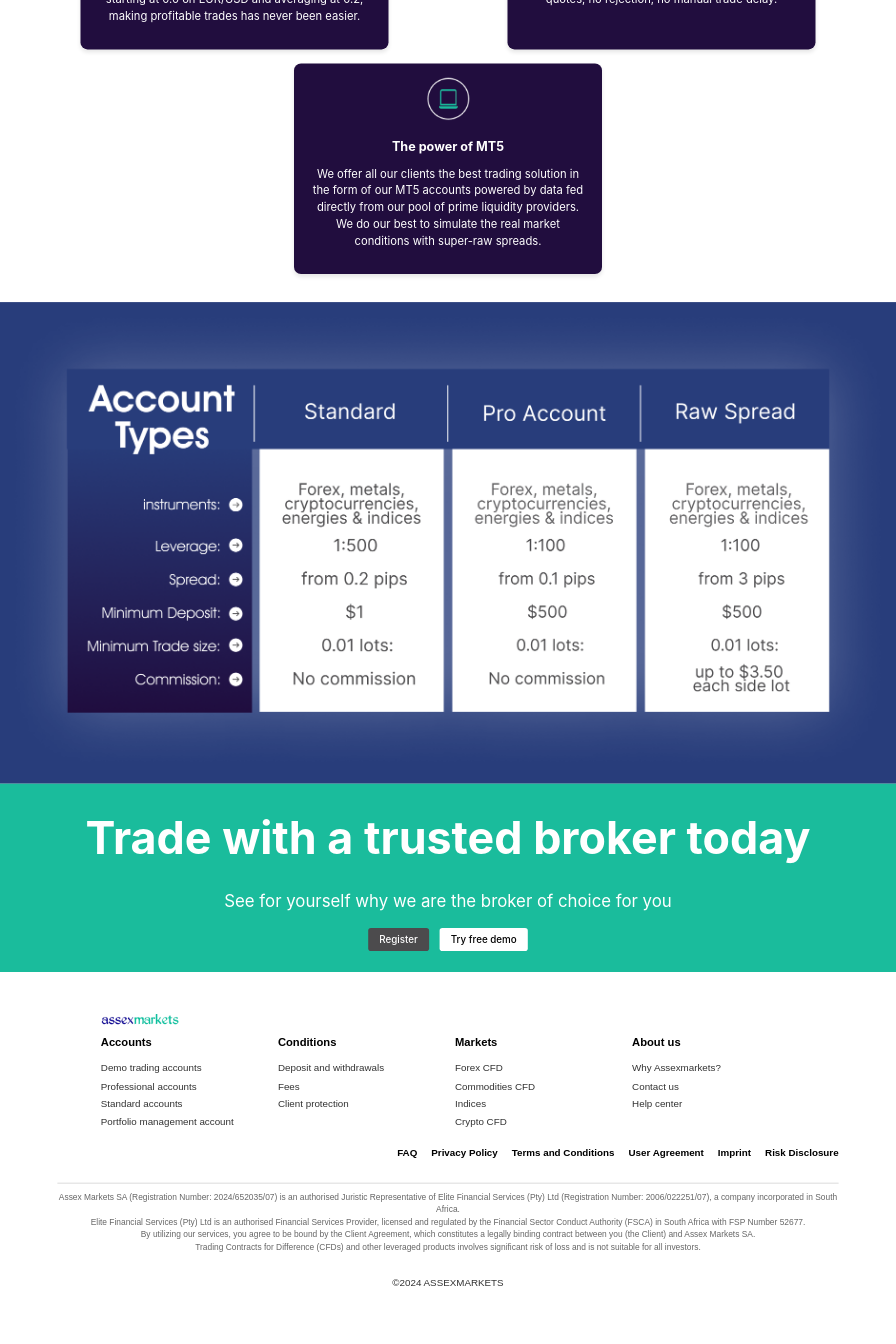
Repository: RevenewMarketing/Assex
Page: /
An editor plug-in stored every save of this project. The page is shown before and after a run of saves, followed by the edit.
The browser window is 1280 px wide. The pictures show the part of the page from y = 2432 to 4352 px (the page is 4352 px tall before and 4339 px after), at 70% of full size.
The project was rebuilt for these pictures with package versions that can differ from the ones it lists, and the page was loaded fresh each time. Also part of the build but not shown: vite.config.ts, src/pages/about/Sections/Section1.module.css, src/pages/about/Sections/Section1.tsx, src/pages/about/Sections/Section2.module.css, src/pages/about/Sections/Section2.tsx, src/pages/about/Sections/Section3.module.css, src/pages/about/Sections/Section3.tsx, src/pages/about/Sections/Section4.module.css and 37 more.

Above is the page before, as saved 2024-11-29 12:57:45.

### index.html
<!doctype html>
<html lang="en">
  <head>
    <meta charset="UTF-8" />
    <link rel="icon" type="image/svg+xml" href="/vite.svg" />
    <meta name="viewport" content="width=device-width, initial-scale=1.0" />
    <title>Assex</title>
  </head>
  <body>
    <div id="root"></div>
    <script type="module" src="/src/main.tsx"></script>
  </body>
</html>

### src/index.css
:root {
  font-family: Inter, system-ui, Avenir, Helvetica, Arial, sans-serif;
  line-height: 1.5;
  font-weight: 400;
  color-scheme: light dark;
  color: rgba(255, 255, 255, 0.87);
  background-color: #ffffff;
  font-synthesis: none;
  max-width: 1920px;
  margin: auto;
  text-rendering: optimizeLegibility;
  -webkit-font-smoothing: antialiased;
  -moz-osx-font-smoothing: grayscale;
  /* Smooth scrolling */
  scroll-behavior: smooth;
}

a {
  font-weight: 500;
  color: #646cff;
  text-decoration: inherit;
}

a:hover {
  color: #535bf2;
}

body {
  margin: 0;
  display: flex;
  place-items: center;
  min-width: 320px;
  min-height: 100vh;
  background-color: #FFF;
  /* align-content: center; */
  flex-direction: column;
  justify-content: flex-start;
}

h1 {
  font-size: 3.2em;
  line-height: 1.1;
}

button {
  border-radius: 8px;
  border: 1px solid transparent;
  padding: 0.6em 1.2em;
  font-size: 1em;
  font-weight: 500;
  font-family: inherit;
  background-color: #1a1a1a;
  cursor: pointer;
  transition: border-color 0.25s;
}

button:hover {
  border-color: #646cff;
}

button:focus,
button:focus-visible {
  outline: 4px auto -webkit-focus-ring-color;
}

@media (prefers-color-scheme: light) {
  :root {
    color: #213547;
    background-color: #ffffff;
  }

  a:hover {
    color: #747bff;
  }

  button {
    background-color: #f9f9f9;
  }
}

### src/App.tsx

import './App.css'
// import Navigation from './pages/home/Navigation'
import NavigationMenu from './components/navigation-menu/NavigationMenu'

import { BrowserRouter, Route, Routes } from 'react-router';
import Home from './pages/home/Home';
import Footer from './components/footer-section/Footer';
import About from './pages/about/About';
import Partner from './pages/partner/Partner';
import AccountTypeCrypto from './pages/account_type_crypto/AccountTypeCrypto';
import Webinar from './pages/web-terminal/Webinar';

function App() {

  return (
    <>
    <BrowserRouter>
    <NavigationMenu />
    <Routes>
      <Route path="/" element={<Home />} />
      <Route path="/about" element={<About />} />
      <Route path="/partner" element={<Partner />} />
      <Route path="/atc" element={<AccountTypeCrypto />} />
      <Route path="/webinar" element={<Webinar />} />
      {/* Define other routes */}
    </Routes>
    <Footer />
  </BrowserRouter>


    </>
  )
}

export default App

### src/App.css
#root {
  max-width: 1920px;
  width: 100%;
  margin: 0 auto;
  padding: 0;
  text-align: center;
}

.logo {
  height: 6em;
  padding: 1.5em;
  will-change: filter;
  transition: filter 300ms;
}
.logo:hover {
  filter: drop-shadow(0 0 2em #646cffaa);
}
.logo.react:hover {
  filter: drop-shadow(0 0 2em #61dafbaa);
}

@keyframes logo-spin {
  from {
    transform: rotate(0deg);
  }
  to {
    transform: rotate(360deg);
  }
}

@media (prefers-reduced-motion: no-preference) {
  a:nth-of-type(2) .logo {
    animation: logo-spin infinite 20s linear;
  }
}

.card {
  padding: 2em;
}

.read-the-docs {
  color: #888;
}

/* Auth Buttons */
.authButtons {
  /* margin-left: auto; */
  display: flex;
  gap: 10px;
}

### src/pages/home/Home.tsx
import HeroSection from './sections/HeroSection'
import Section2 from './sections/Section2'
import Section3 from './sections/Section3'
import Section4 from './sections/Section4'
import Section5 from './sections/Section5'
import Section6 from './sections/Section6'

function Home() {
  return (
    <div>
      <HeroSection />
      <Section2 />
      <Section3 />
      <Section4 />
      <Section5 />
      <Section6 />
    </div>
  )
}

export default Home

### src/components/navigation-menu/NavigationMenu.module.css
.navigationContainer {
  position: relative;
  font-family: Arial, sans-serif;
}

/* Navigation Bar */
.navigationBar {
  position: fixed;
  top: 0;
  left: 0;
  width: 100%;
  display: flex;
  background-color: #ffffff;
  padding: 10px 20px;
  box-sizing: border-box;
  z-index: 1001;
  justify-content: center;
  align-items: center;
}

/* Menu Item Container */
.menuItemContainer {
  margin-right: 20px;
}

/* Menu Items */
.menuItem {
  background: none;
  border: none;
  color: rgb(34, 34, 34);
  font-size: 1.2rem;
  cursor: pointer;
  transition: opacity 0.3s;
}

.menuItem:hover {
  opacity: 0.7;
}

.active {
  opacity: 0.5;
}

.navLogo {
  margin-right: 5dvw;
}

.languageSelector {
  margin-left: 20px;
  display: flex;
  align-items: center;
  font-size: 14px;
  color: #000000d8;
  cursor: pointer;
}

.globeIcon {
  margin-right: 5px;

}

/* Submenu */
.submenu {
  position: fixed;
  top: 50px;
  left: 0;
  width: 100%;
  height: 300px;
  background-color: #ffffff;
  box-shadow: 0 4px 8px rgba(0, 0, 0, 0.2);
  padding: 20px;
  box-sizing: border-box;
  z-index: 1000;
  opacity: 0;
  transform: translateY(-100%);
}

.submenuContent {
  display: flex
  ;
      justify-content: flex-start;
      gap: 10dvw;
      padding: 0 5dvw;
}

.submenuSection h4 {
  color: #00b074;
  font-size: 1.2rem;
}

.submenuSection p {
  font-size: 1.2rem;
}

.submenuSection {
  text-align: left;
}

.submenuSection a {
  color: #000000;
  text-decoration: none;
  cursor: pointer;
  transition: color 0.3s;
}

.submenuSection a:hover {
  color: #00b074;
  transition: color 0.3s;
}

/* Fade In Animation */
.fadeIn {
  animation: slide-in-top 0.3s cubic-bezier(0.25, 0.46, 0.45, 0.94) forwards;
}

@keyframes slide-in-top {
  0% {
    transform: translateY(-100%);
    opacity: 0;
  }
  100% {
    transform: translateY(0);
    opacity: 1;
  }
}

/* Fade Out Animation */
.fadeOut {
  animation: slide-out-top 0.3s cubic-bezier(0.25, 0.46, 0.45, 0.94) forwards;
}

@keyframes slide-out-top {
  0% {
    transform: translateY(0);
    opacity: 1;
  }
  100% {
    transform: translateY(-100%);
    opacity: 0;
  }
}





/* Overlay */
.overlay {
  position: fixed;
  top: 50px;
  left: 0;
  width: 100%;
  height: calc(100% - 50px);
  background: rgba(0, 0, 0, 0.5);
  z-index: 999;
  opacity: 0;
  visibility: hidden;
  transition: opacity 0.3s ease, visibility 0.3s ease;
}

.fadeInOverlay {
  opacity: 1;
  visibility: visible;
  backdrop-filter: blur(5px);
}

.fadeOutOverlay {
  opacity: 0;
  visibility: hidden;
}

/* Page Content */
.pageContent {
  /* padding: 80px 20px 20px 20px; */
  transition: opacity 0.3s;
}

.dimmed {
  opacity: 0.3;
}

### src/components/ReusableButton.tsx

import styles from './GlobalComponentStyles.module.css';

type Props = {
  link?: string;
  text: string;
  type: 'register' | 'sign-in' | 'logout' | 'profile' | 'settings' | 'help' | 'free-trial' | 'learn-more' | 'dark' | 'light';
};

export default function ReusableButton({ link, text, type }: Props) {
  return (
      <button
      style={{
        backgroundColor: type === 'register' ? '#19BC9C' :
        type === 'sign-in' ? '#F4F6F7' :
        type === 'logout' ? '#FF6347' :
        type === 'profile' ? '#FFA07A' :
        type === 'settings' ? '#FF7F50' :
        type === 'help' ? '#FFA500' :
        type === 'free-trial' ? '#FFD700' :
        type === 'learn-more' ? '#FF4500' :
        type === 'dark' ? '#4C4B4D' :
        type === 'light' ? '#fff' : '#000',
        color: type === 'dark' ? '#fff' : '#000'
      }}
        className={styles.registerButton}
        onClick={() => window.open(link, '_blank')}
      >{text}
      </button>

  );
}

### src/pages/home/sections/HeroSection.tsx

import styles from "./HeroSection.module.css";
import guyImage from "../../../assets/pages/Homepage/1-Hero-image.png";

const content = {
  hero: {
    title: "PROFESSIONAL TRADING MADE SIMPLE",
    description:
      "Trade with ultra tight spread, low commission and experience the speed of fast withdrawals by the click of a button",
    buttons: {
      register: "Register",
      demo: "Try Free Demo",
    },
  },
  accountTypes: {
    title: "Account Types",
    description:
      "Assex Markets offers a wide range of convenient payment methods, including bank transfers, credit/debit cards, and e-wallets, ensuring hassle-free deposits and withdrawals.",
  },
};

const HeroSection: React.FC = () => {

  const register = () => {
    // open link in new tab
    window.open("https://my.assexmarkets.com/auth/register", "_blank");
  };

  const freeDemo = () => {
    // open link in new tab
    window.open("https://my.assexmarkets.com/auth/login", "_blank");
  };

  return (
    <div className={styles.heroContainer}>
      {/* Hero Section */}
      <section className={styles.heroSection}>
        <video autoPlay loop muted>
          <source
            src="https://d33vw3iu5hs0zi.cloudfront.net/media/exness_c76dfeb683.webm"
            type="video/webm"
          />
        </video>
        <img src={guyImage}
            alt="gey image"
          />

        <div className={styles.heroContent}>
          <h1 className={styles.heroTitle}>{content.hero.title}</h1>
          <p className={styles.heroDescription}>{content.hero.description}</p>
          <div className={styles.buttonContainer}>
            <button onClick={register} className={styles.registerButton}>
              {content.hero.buttons.register}
            </button>
            <button onClick={freeDemo} className={styles.demoButton}>
              {content.hero.buttons.demo}
            </button>
          </div>
        </div>
      </section>


    </div>
  );
};

export default HeroSection;

### src/pages/home/sections/Section2.tsx

import pspImage from "../../../assets/pages/Homepage/2-Section-2-PSPs.png";

const accountSectionData = {
  title: "Account Types",
  description:
    "Assex Markets offers a wide range of convenient payment methods, including bank transfers, credit/debit cards and e-wallets, ensuring hassle-free deposits and withdrawals.",
  paymentMethods: ["mastercard", "visa", "maestro"],
};

const Section2: React.FC = () => {
  const styles = {
    container: {
      backgroundColor: "#1ABC9C",
      color: "#fff",
      padding: "20px",

      textAlign: "center" as const,
    },
    title: {
      fontSize: "3rem",
      fontWeight: "bold" as const,
    },
    description: {
      fontSize: "16px",
      margin: "auto",
      maxWidth: "40%",
    },
    paymentMethods: {
      display: "flex",
      justifyContent: "center",
      gap: "20px",
      marginTop: "20px",
    },
    logo: {
      height: "40px",
    },
  };

  return (
    <div style={styles.container}>
      <h2 style={styles.title}>{accountSectionData.title}</h2>
      <p style={styles.description}>{accountSectionData.description}</p>
      <div style={styles.paymentMethods}>
        <img
          src={pspImage}
          alt={'psp-logo'}
          style={styles.logo}
        />
      </div>
    </div>
  );
};



export default Section2;

### src/pages/home/sections/Section3.tsx
import { useEffect, useState } from 'react';
import mainImage from '../../../assets/pages/Homepage/3.1-Full-section-3.png';
import bg from '../../../assets/pages/Homepage/3-Section-3-BG.png';

export default function Section3() {
  const [position, setPosition] = useState(window.innerWidth); // Start off-screen to the right

  useEffect(() => {
    const interval = setInterval(() => {
      setPosition((prev) => (prev <= -300 ? window.innerWidth : prev - 2));
    }, 16); // Smooth animation (60fps)
    return () => clearInterval(interval);
  }, []);

  return (
    <div
      style={{
        backgroundImage: `url(${bg})`,
        position: 'relative',
        overflow: 'hidden',
        // height: '100vh', // Set height as required
      }}
    >
      <img style={{ width: '90%', zIndex: "2", position: 'relative' }} src={mainImage} alt="image-main" />
      {/* Text ticker */}
      <h1
        style={{
          position: 'absolute',
          top: '50%',
          left: `${position}px`,
          transform: 'translateY(-50%)',
          whiteSpace: 'nowrap',
          fontSize: '10dvw',
          margin: '0',
          fontWeight: 'bold',
          zIndex: "1",
          color: 'white', // Adjust color based on your design
        }}
      >
        Best Market Conditions
      </h1>
    </div>
  );
}

### src/pages/home/sections/Section5.tsx

import aacountTypesImg from '../../../assets/pages/Homepage/5-Section-5-table.png'



const Section5: React.FC = () => {
  return (
    <div style={{
      backgroundColor: "#283D7B",
    }}>
      <img style={{
        width:"-webkit-fill-available",
      }} src={aacountTypesImg} alt="account types" />
    </div>
  )
}

export default Section5

### src/pages/home/sections/Section6.tsx

import ReusableButton from "../../../components/ReusableButton";

const section6Data = {
  title: "Trade with a trusted broker today",
  subtitle: "See for yourself why we are the broker of choice for you",
  buttons: [
    { text: "Register", link: "#", style: "dark" },
    { text: "Try free demo", link: "#", style: "light" },
  ],
};

const Section6: React.FC = () => {
  return (
    <div style={styles.container}>
      <h2 style={styles.title}>{section6Data.title}</h2>
      <p style={styles.subtitle}>{section6Data.subtitle}</p>
      <div style={styles.buttonContainer}>
        <ReusableButton
          text={section6Data.buttons[0].text}
          link={section6Data.buttons[0].link}
          type={"dark"}
        />
        <ReusableButton
          text={section6Data.buttons[1].text}
          link={section6Data.buttons[1].link}
          type={"light"}
        />
      </div>
    </div>
  );
};

const styles = {
  container: {
    backgroundColor: "#1ABC9C",
    color: "#fff",
    padding: "30px",
    textAlign: "center" as const,
  },
  title: {
    fontSize: "4rem",
    fontWeight: "bold",
    marginBottom: "10px",
    marginTop: "0",
  },
  subtitle: {
    fontSize: "1.5rem",
    marginBottom: "20px",
  },
  buttonContainer: {
    display: "flex",
    justifyContent: "center",
    gap: "15px",
  },
  button: {
    padding: "10px 20px",
    borderRadius: "5px",
    fontSize: "14px",
    fontWeight: "bold" as const,
    textDecoration: "none" as const,
    display: "inline-block",
    textAlign: "center" as const,
    minWidth: "120px",
  },
  darkButton: {
    backgroundColor: "#333",
    color: "#fff",
  },
  lightButton: {
    backgroundColor: "#fff",
    color: "#333",
    border: "1px solid #333",
  },
};

export default Section6;

### src/components/footer-section/FooterStyles.module.css
.footerContainer {
  background-color: #ffffff;
  color: #333;
  padding: 60px 20px;
  font-family: Arial, sans-serif;
  font-size: 14px;
  line-height: 1.8;
}

.footerContainer h4 {
  font-size: 16px;
  font-weight: bold;
  margin-bottom: 10px;
  color: #000;
  text-align: left;
  margin-top: 0;
}

.footerContainer ul {
  list-style-type: none;
  padding: 0;
  margin: 0;
  text-align: left;
}

.footerContainer ul li {
  margin-bottom: 0px;
  cursor: pointer;
}

.footerContainer ul li:hover {
  color: #00b894;
}

.footerContainer .columnsContainer {
  display: flex;
  justify-content: space-between;
  gap: 20px;
  flex-wrap: wrap;
  margin-bottom: 40px;
  width: 80%;
  margin: auto;
}

.noDrag {
  cursor: no-drop !important;
}

.footerContainer .columnsContainer>div {
  flex: 1;
  min-width: 180px;
  /* Ensures alignment and proper spacing */
}

.linksContainer {
  display: flex;
  gap: 20px;
  justify-content: flex-end;
  width: 95%;
}

.linksContainer a {
  color: #000000 !important;
  font-weight: 600;
}

.footerContainer .linksContainer {
  text-align: center;
  margin: 20px 0 30px;
}

.footerContainer .linksContainer a {
  color: #007bff;
  text-decoration: none;
  margin: 0px;
  font-size: 14px;
}

.footerContainer .linksContainer a:hover {
  text-decoration: underline;
}

.footerContainer .details {
  font-size: 12px;
  color: #666;
  line-height: 1.5;
  margin: 20px auto;
  text-align: center;
  width: 90%;
  border-top: 1px solid #80808061;
  padding-top: 10px;
}

.footerContainer .details p {
  margin-bottom: 15px;
}

.footerContainer .logoContainer {
  text-align: left;
  margin: auto;
  width: 80%;
}

.footerContainer .logoContainer img {
  max-width: 150px;
}

.footerContainer .copyright {
  text-align: center;
  font-size: 14px;
  margin-top: 30px;
}


.details p {
  margin: 0 !important;
}

### src/components/GlobalComponentStyles.module.css


.registerButton {
  background-color: #00b074;
  color: white;
  border: none;
  padding: 8px 16px;
  font-size: 14px;
  border-radius: 4px;
  cursor: pointer;
}

.signInButton {
  background-color: #f4f4f4;
  color: #333;
  border: 1px solid #ccc;
  padding: 8px 16px;
  font-size: 14px;
  border-radius: 4px;
  cursor: pointer;
}

### src/pages/home/sections/HeroSection.module.css
.heroContainer {
  width: 100%;
  position: relative;
  display: flex;
  flex-direction: row;
  flex-wrap: wrap;
  justify-content: center;
  /* background-color: #E2E2E2; */
}



.heroSection {
  display: flex;
  position: relative;
  align-items: center;
  justify-content: center;
  flex-direction: row;
  flex-wrap: wrap;
  background-image: url('https://source.unsplash.com/1600x900/?finance,trading');
  background-color: #E2E2E2;
  background-size: cover;
  background-position: center;
  color: #000;
  text-align: center;
  padding: 100px 20px;
  position: relative;
  width: 100%;
  min-height: 80dvh;
}

.heroSection video,
.heroSection img {
  position: absolute;

}

.heroSection video {
  width: 100%;
  height: 100%;
  object-fit: cover;
  z-index: 1;
}

.heroSection img {
  width: clamp(761px, 87dvw, 1920px);
  position: absolute;
  right: 0;
  bottom: 0;


  z-index: 2;
}

.accountTypesSection {
  background-color: #00b894;
  color: #fff;
  text-align: center;
  padding: 60px 20px;
  width: 100%;

}

.heroContent {
  position: relative;
  z-index: 3;
  width: 50%;
}

.heroTitle {
  font-size: 3rem;
  font-weight: bold;
  margin: 20px 0;
}

.heroDescription {
  font-size: 1.2rem;
  margin-bottom: 40px;
}

.buttonContainer {
  display: flex;
  justify-content: center;
  gap: 10px;
}

.registerButton {
  background-color: #00b894;
  color: #fff;
  border: none;
  padding: 15px 30px;
  font-size: 1rem;
  cursor: pointer;
  border-radius: 5px;
}

.demoButton {
  background-color: #fff;
  color: #00b894;
  border: 2px solid #00b894;
  padding: 15px 30px;
  font-size: 1rem;
  cursor: pointer;
  border-radius: 5px;
}



.accountTypesTitle {
  font-size: 2.5rem;
  font-weight: bold;
  margin-bottom: 20px;
}

.accountTypesDescription {
  font-size: 1.2rem;
  max-width: 800px;
  margin: 0 auto;
}

### src/components/banner/GlobalBanner.tsx

import styles from './GlobalBanner.module.css';

const content = {
  title: "Trade with a trusted broker today",
  subtitle: "See for yourself why we are the broker of choice for you",
  buttons: {
    register: "Register",
    demo: "Try free demo",
    registerLink: "#",
    demoLink: "#",
  },
};



const GlobalBanner: React.FC = () => {

  const register = () => {
    // open link in new tab
    window.open("https://my.assexmarkets.com/auth/register", "_blank");
  };

  const freeDemo = () => {
    // open link in new tab
    window.open("https://my.assexmarkets.com/auth/login", "_blank");
  };


  return (
    <div className={styles.section}>
      <h1 className={styles.title}>{content.title}</h1>
      <p className={styles.subtitle}>{content.subtitle}</p>
      <div className={styles.buttonContainer}>
        <button
          onClick={register}
          className={styles.registerButton}>{content.buttons.register}</button>
        <button
          onClick={freeDemo}
          className={styles.demoButton}>{content.buttons.demo}</button>
      </div>
    </div>
  );
};

export default GlobalBanner;

### src/components/banner/GlobalBanner.module.css
.section {
  display: flex;
  flex-direction: column;
  align-items: center;
  justify-content: center;
  background-color: #17a489;
  color: white;
  padding: 40px 20px;
  text-align: center;
}

.title {
  font-size: 2rem;
  font-weight: bold;
  margin-bottom: 10px;
}

.subtitle {
  font-size: 1.2rem;
  margin-bottom: 20px;
}

.buttonContainer {
  display: flex;
  gap: 15px;
}

.registerButton {
  background-color: #333333;
  color: white;
  border: none;
  padding: 10px 20px;
  border-radius: 5px;
  cursor: pointer;
  font-size: 1rem;
  font-weight: bold;
}

.registerButton:hover {
  background-color: #555555;
}

.demoButton {
  background-color: white;
  color: #333333;
  border: 1px solid #333333;
  padding: 10px 20px;
  border-radius: 5px;
  cursor: pointer;
  font-size: 1rem;
  font-weight: bold;
}

.demoButton:hover {
  background-color: #f2f2f2;
}

Loaded but not shown: src/main.tsx (common file); src/components/navigation-menu/NavigationMenu.tsx (271 lines, source omitted); src/components/footer-section/Footer.tsx (129 lines, source omitted); src/pages/home/sections/Section4.tsx (105 lines, source omitted)

After the next 2 saves:
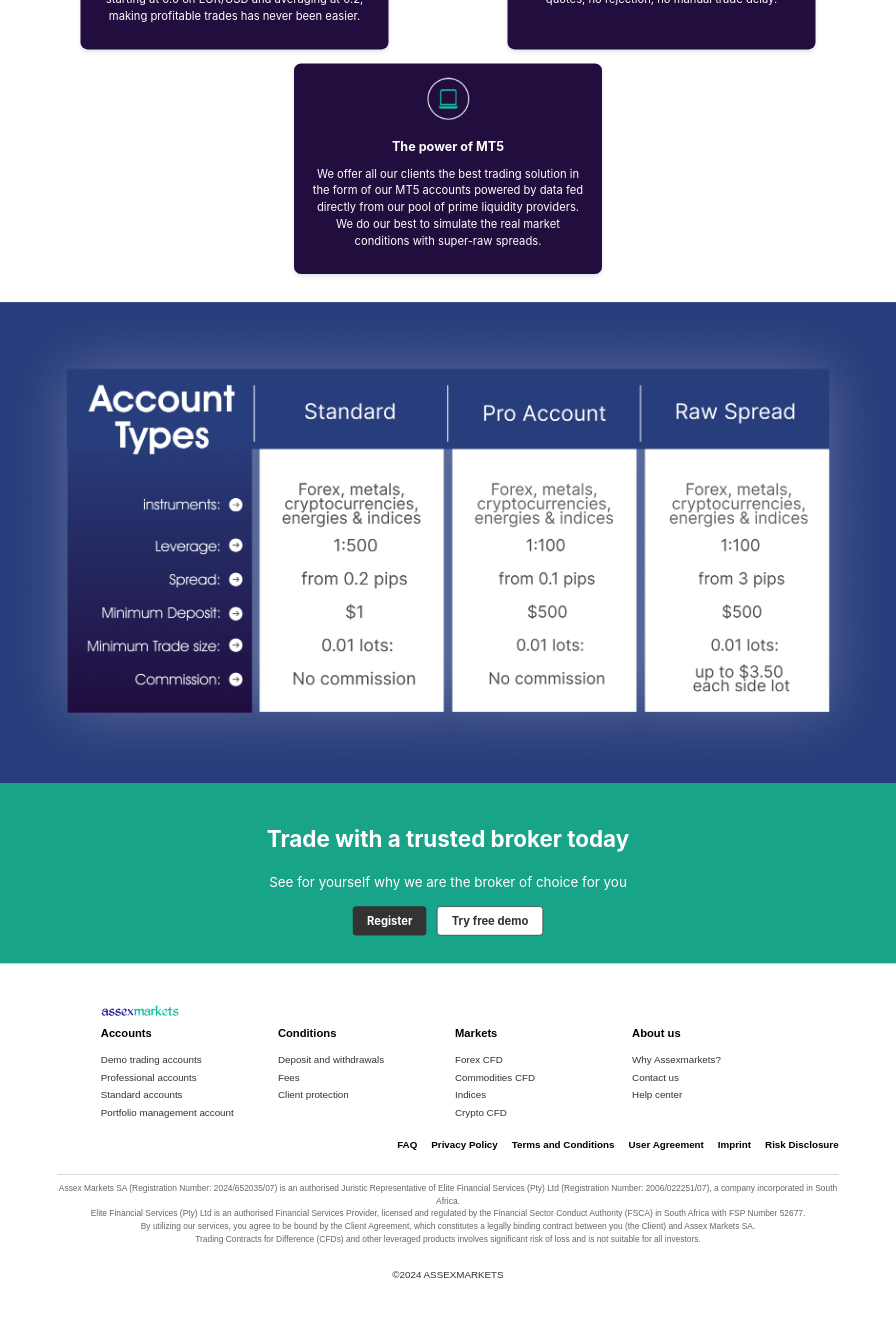
The 2 saves are shown as one change because they came seconds apart.
The last was saved 14 s later.
--- a/src/pages/home/Home.tsx
+++ b/src/pages/home/Home.tsx
@@ -1,9 +1,9 @@
+import GlobalBanner from 'src/components/banner/GlobalBanner'
 import HeroSection from './sections/HeroSection'
 import Section2 from './sections/Section2'
 import Section3 from './sections/Section3'
 import Section4 from './sections/Section4'
 import Section5 from './sections/Section5'
-import Section6 from './sections/Section6'
 
 function Home() {
   return (
@@ -13,7 +13,8 @@
       <Section3 />
       <Section4 />
       <Section5 />
-      <Section6 />
+    <GlobalBanner />
+
     </div>
   )
 }
